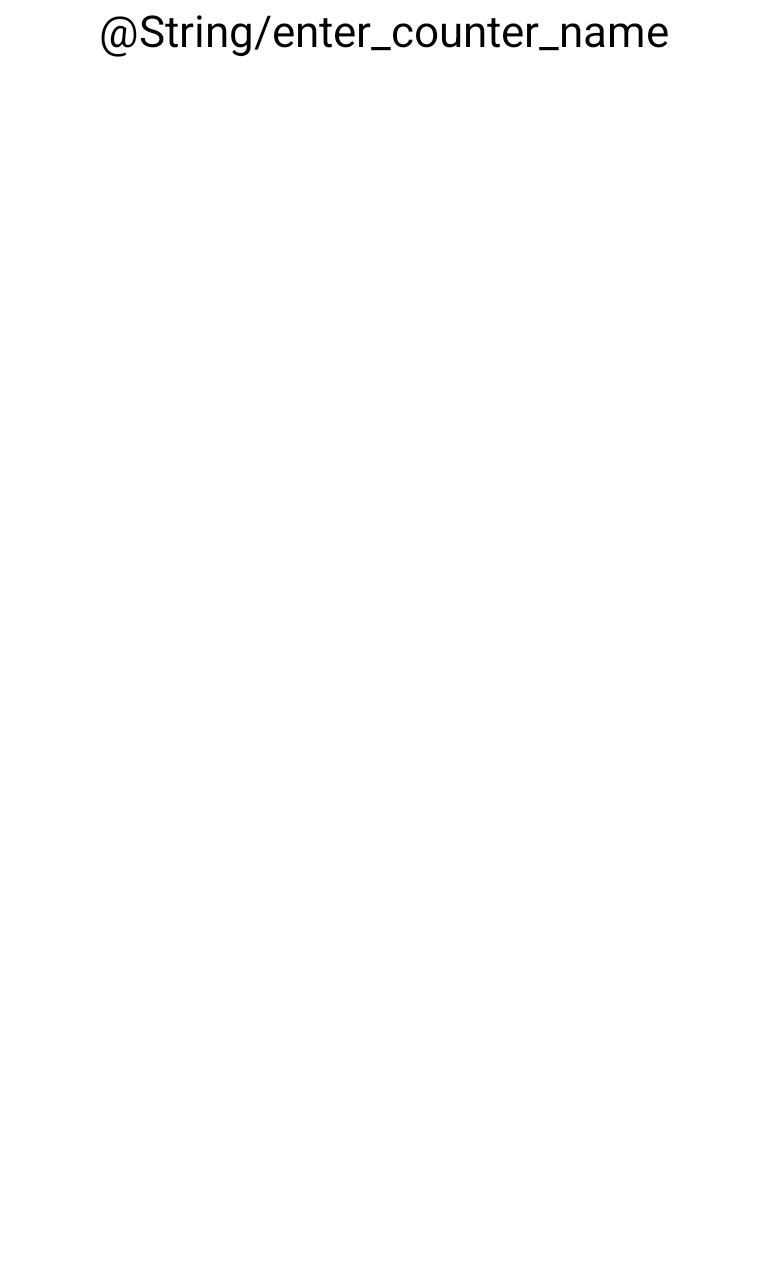
Repository: arweber1/CMPUT301_Assignment1
Layout: Assignment1/res/layout/create_counter.xml
These files come from the project's save history. The layout is drawn as it stood at one moment and after the next save; the edit follows.
It is drawn on a 768 x 1280 px phone screen (xhdpi) without system bars, with theme AppTheme; the app's code is not run.

Above is the layout before, as saved 2014-01-18 16:00:07.

### Assignment1/res/layout/create_counter.xml
<?xml version="1.0" encoding="utf-8"?>
<LinearLayout xmlns:android="http://schemas.android.com/apk/res/android"
    android:layout_width="match_parent"
    android:layout_height="match_parent"
    android:orientation="vertical" >

    <TextView
        android:id="@+id/textView1"
        android:layout_width="wrap_content"
        android:layout_height="wrap_content"
        android:layout_gravity="center"
        android:text="@String/enter_counter_name"
        android:textAppearance="?android:attr/textAppearanceLarge" />

</LinearLayout>

### Assignment1/res/values/strings.xml
<?xml version="1.0" encoding="utf-8"?>
<resources>

    <string name="app_name">arweber-notes</string>
    <string name="action_settings">Settings</string>
    <string name="hello_world">Hello world!</string>
	<string name="add_counter">+ Add new counter</string>
	<string name="manage_counters">Manage counters</string>
	<string name="enter_counter_name">Enter a name for this counter</string>
</resources>

Loaded but not shown: Assignment1/res/values/styles.xml (common file); Assignment1/res/values-v11/styles.xml (common file); Assignment1/res/values-v14/styles.xml (common file)

After the next save:
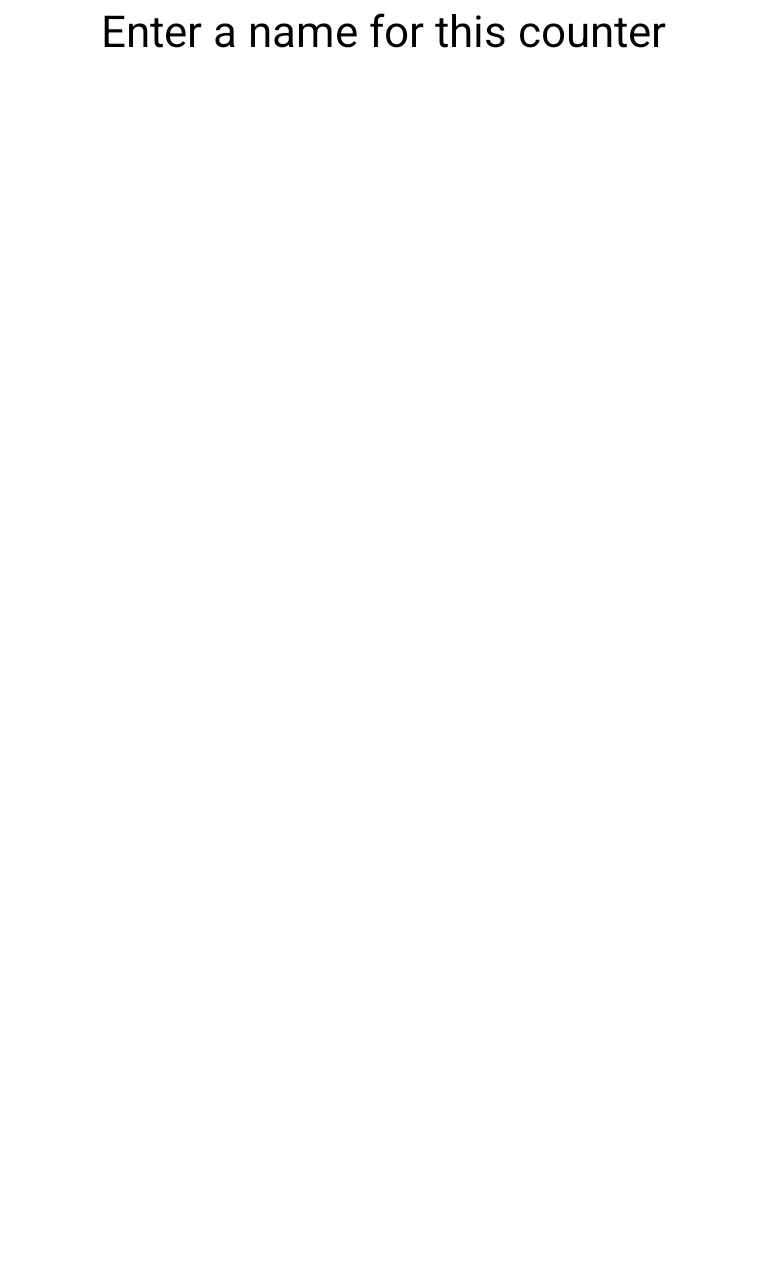
Saved 14 s later.
--- a/Assignment1/res/layout/create_counter.xml
+++ b/Assignment1/res/layout/create_counter.xml
@@ -9,7 +9,7 @@
         android:layout_width="wrap_content"
         android:layout_height="wrap_content"
         android:layout_gravity="center"
-        android:text="@String/enter_counter_name"
+        android:text="@string/enter_counter_name"
         android:textAppearance="?android:attr/textAppearanceLarge" />
 
 </LinearLayout>
